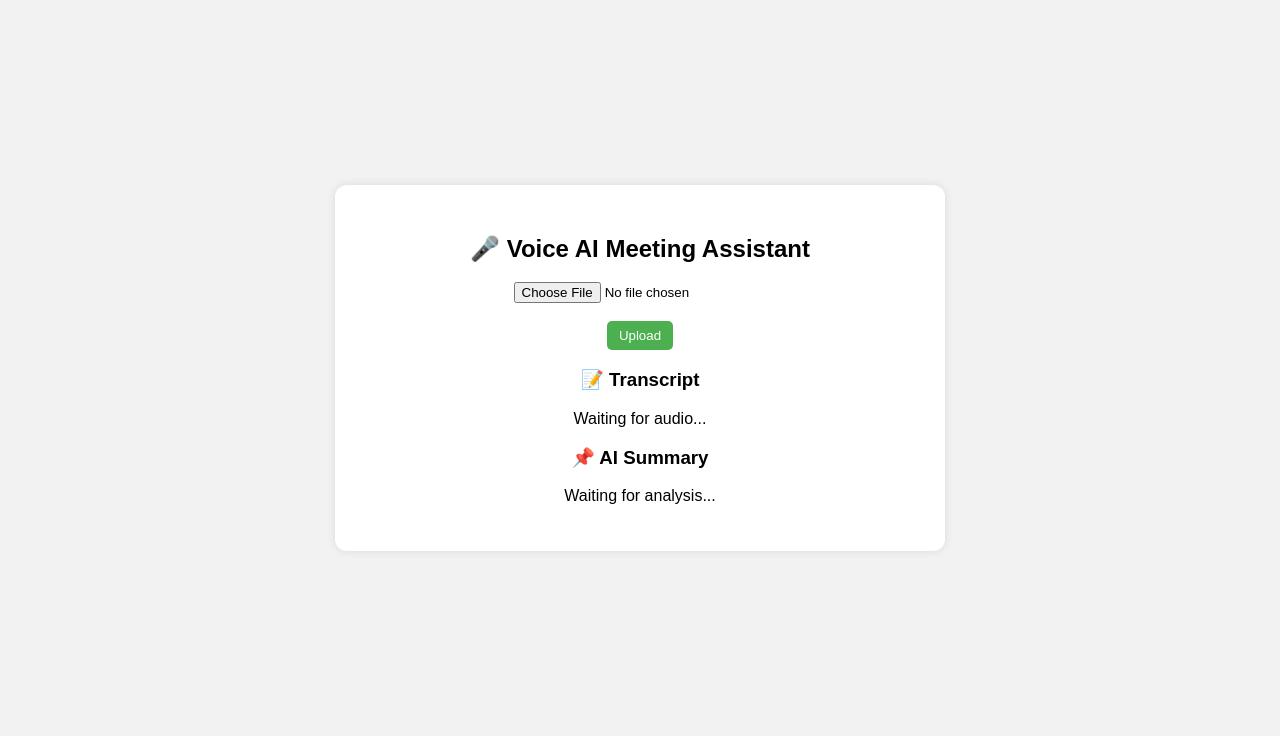
Repository: MujtabaHabib/Voice-AI-Meeting-Assistant
Page: index.html
These files come from the project's save history. The page is drawn as it stood at one moment and after a run of saves; the edit follows.
The browser window is 1280 px wide. The pictures show the whole page.
The pointer rests on the first visible `button`.

Above is the page before, as saved 2026-02-01 22:12:53.

### index.html
<!DOCTYPE html>
<html lang="en">
<head>
    <meta charset="UTF-8">
    <meta name="viewport" content="width=device-width, initial-scale=1.0">
    <link rel="stylesheet" href="style.css">
    <title>Voice AI Agent</title>
</head>
<body>
    <div class="container">
    <h2>🎤 Voice AI Meeting Assistant</h2>

    <input type="file" name="file" id="audioFile">
    <br><br>
    <button onclick="send()">Upload</button>

    <div class="box">
        <h3>📝 Transcript</h3>
        <p id="transcript">Waiting for audio...</p>
    </div>

    <div class="box">
        <h3>📌 AI Summary</h3>
        <p id="summary">Waiting for analysis...</p>
    </div>
</div>
<script>
    async function send() {
        const file = document.getElementById("audioFile").files[0]
        const form = new FormData()
        form.append("file",file)

        document.getElementById("transcript").innerText = "processing..."
        document.getElementById("summary").innerText = "AI is thinking.."

    const res = await fetch("http://127.0.0.1:8000/voice-agent",{
        method : "POST",
        body : form
    })

    const data = await res.json()

    document.getElementById("transcript").innerText = data.transcript
    document.getElementById("summary").innerText = data.summary
}
</script>
</body>
</html>

### style.css
body{
    font-family:Arial,sans-serif;
    height: 100vh;
    background-color: #f2f2f2;
    display: flex;
    align-items: center;
    justify-content: center;
}

.container{
    background-color: white;
    padding: 30px;
    width: 550px;
    border-radius: 12px;
    box-shadow: 0 0 10px rgba(0,0,0,0.1);
    text-align: center;
}

button{
    padding: 7px 12px;
    background: #4CAF50;
    color:white;
    border-radius: 5px;
    border: none;
    cursor: pointer;
}

button:hover{

}

After the next 4 saves:
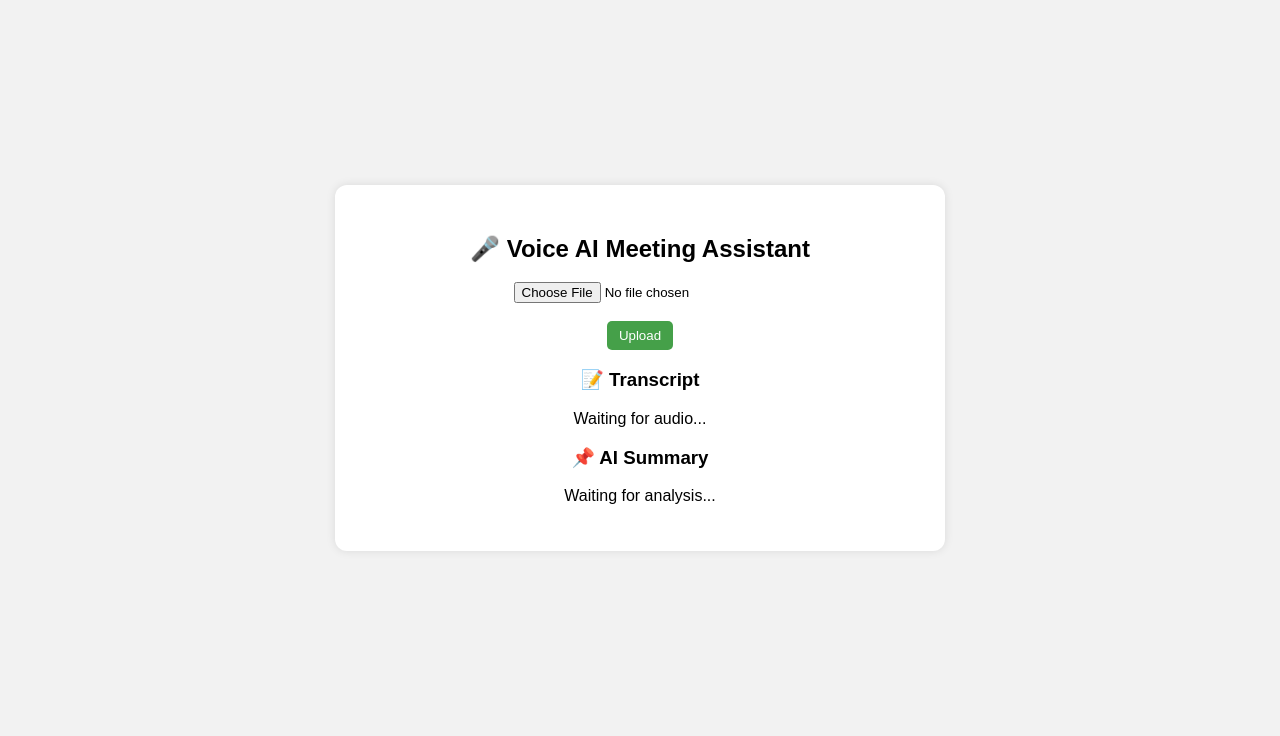
The 4 saves are shown as one change because they came seconds apart.
The last was saved 14 s later.
--- a/style.css
+++ b/style.css
@@ -26,5 +26,5 @@ button{
 }
 
 button:hover{
-
+    background: #45a049;
 }
